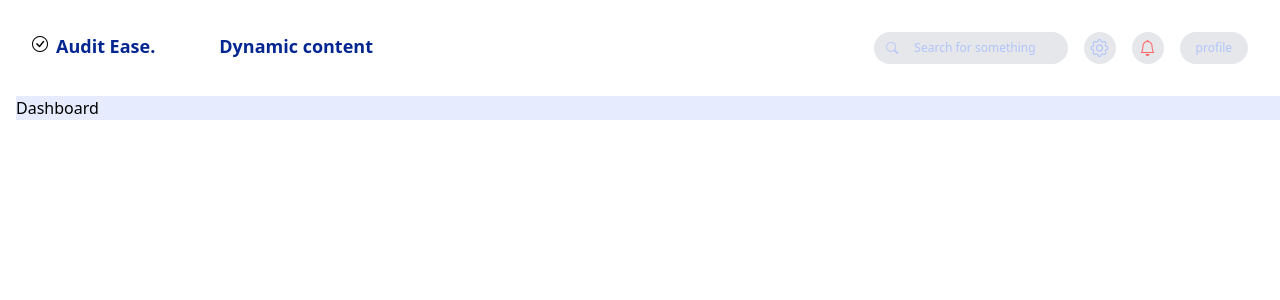
Repository: EclipticCode/Audit-Ease-FE
Page: /
An editor plug-in stored every save of this project. The page is shown before and after a run of saves, followed by the edit.
The browser window is 1280 px wide. The pictures show the whole page.
Some web libraries are served in a nearby version. The project was rebuilt for these pictures with package versions that can differ from the ones it lists, and the page was loaded fresh each time. Also part of the build but not shown: vite.config.js, Login.jsx, src/Navbar.jsx, src/Pages/Audits.jsx, src/Pages/Articles.jsx, src/Pages/Clients.jsx, src/Pages/Contacts.jsx.

Above is the page before, as saved 2025-03-27 23:00:56.

### index.html
<!doctype html>
<html lang="en">
  <head>
    <meta charset="UTF-8" />
    <link rel="icon" type="image/svg+xml" href="" />
    <meta name="viewport" content="width=device-width, initial-scale=1.0" />
    <title>Audit Ease</title>
     <!-- Bootstrap Icon link-->
     <link
     rel="stylesheet"
     href="https://cdn.jsdelivr.net/npm/bootstrap-icons@1.11.3/font/bootstrap-icons.min.css"
   />
    <!-- Font awesome CDN -->
    <link rel="stylesheet" href="https://cdnjs.cloudflare.com/ajax/libs/font-awesome/6.6.0/css/all.min.css">
  </head>
  <body>
    <div id="root"></div>
    <script type="module" src="/src/main.jsx"></script>
  </body>
</html>

### src/main.jsx
import React from "react";
import ReactDOM from "react-dom/client";
import App from "./App";
import "./index.css"; // Ensure Tailwind styles are imported
import { BrowserRouter } from "react-router-dom";

ReactDOM.createRoot(document.getElementById("root")).render(
  <React.StrictMode>
      <BrowserRouter>
        <App />
      </BrowserRouter>
  </React.StrictMode>
);

### src/App.jsx
import React from 'react'
import Login from '../Login'
import Navbar from './Navbar'
import NavandSideBar from './NavandSideBar'
import Dashboard from './Pages/Dashboard'
import Audits from './Pages/Audits'
import Articles from './Pages/Articles'
import Clients from './Pages/Clients'
import Contacts from './Pages/Contacts'
import { Route, Routes } from 'react-router-dom'

const App = () => {
  return (
   <div>
      <NavandSideBar/>
      <Routes>
        <Route path='/' element={<Dashboard/>}></Route>
        <Route path='/audits' element={<Audits/>}></Route>
        <Route path='/articles' element={<Articles/>}></Route>
        <Route path='/clients' element={<Clients/>}></Route>
        <Route path='/contacts' element={<Contacts/>}></Route>
      </Routes>
   </div>
  )
}

export default App

### src/index.css
@import url('https://fonts.googleapis.com/css2?family=Roboto:ital,wght@0,100..900;1,100..900&display=swap');

@import "tailwindcss";

@theme {
  --font-roboto: "Roboto", sans-serif;
  --font-weight-light: 300;
  --font-weight-normal: 400;
  --font-weight-medium: 500;
  --font-weight-semibold: 600;
  --font-weight-bold: 700;
  --color-soft-primary: #B2C4FB;
  --color-light-primary: #053ADA;
  --color-dark-primary: #032691;
  --color-deep-primary: #021655;
  --color-bg-primary: #E6ECFE;
  --color-soft-secondary: #FFFFFF;
  --color-light-secondary: #B1B1B1;
  --color-dark-secondary: #263238;
  --color-deep-secondary: #000000;
}

### src/NavandSideBar.jsx
import React from 'react'
import { Link } from 'react-router-dom'

const NavandSideBar = () => {
  return (
    <div className='m-8'>
        <div className='flex flex-row justify-between'>
            <div className='flex'>
            <span><i className="bi bi-check-circle pr-2"></i></span>
            <div className='font-bold text-lg text-dark-primary'>Audit Ease.</div>
            <div className='ml-16 font-bold text-lg text-dark-primary'>Dynamic content</div>
            </div>
            <div className='flex space-x-4'>
            <div className="bg-gray-200 flex items-center justify-center rounded-full text-xs pl-3 pr-8 py-4 w-auto h-4 text-soft-primary">
              <span><i className="bi bi-search pr-4"></i></span> <span>Search for something</span>
            </div>
            <div className="bg-gray-200 flex items-center justify-center rounded-full text-lg p-4 w-8 h-4  text-soft-primary"><i className="bi bi-gear"></i></div>
            <div className="bg-gray-200 flex items-center justify-center rounded-full text-md p-4 w-8 h-4 text-red-400"><i className="bi bi-bell"></i></div>
            <div className="bg-gray-200 flex items-center justify-center rounded-full text-xs p-4 w-auto h-4 text-soft-primary">profile</div>
            </div>
        </div>
    </div>
  )
}

export default NavandSideBar

### src/Pages/Dashboard.jsx
import React from 'react'
import { Link } from 'react-router-dom'

const Dashboard = () => {
  return (
    //  <div className='grid grid-cols-12 gap-4 m-8'>
    //     <div>
    //       <div className='flex flex-col col-start-1 col-end-3 text-light-secondary mt-6'>
    //           <div className='mb-6'>
    //           <button>
    //           <span><i className="fa-solid fa-house mr-4 text-lg"></i></span><span className='font-semibold text-sm'>
    //               <Link to={`/`}>Dashboard</Link>
    //               </span></button>
    //           </div>
    //           <div className='mb-6'><span><i className="fa-solid fa-calculator mr-6 text-lg"></i></span><span className='font-semibold text-sm'><Link to={`/audits`}>Audits</Link></span></div>
    //           <div className='mb-6'><span><i className="fa-solid fa-user mr-5.5 text-lg"></i></span><span className='font-semibold text-sm'><Link to={`/clients`}>Clients</Link></span></div>
    //           <div className='mb-6'><span><i className="fa-solid fa-users mr-4.5 text-lg"></i></span><span className='font-semibold text-sm'><Link to={`/articles`}>Articles</Link></span></div>
    //           <div className='mb-6'><span><i className="fa-solid fa-address-book mr-5.5 text-lg"></i></span><span className='font-semibold text-sm'><Link to={`/contacts`}>Contacts</Link></span></div>
    //           <div className='mb-6'><span><i className="fa-solid fa-gear mr-6 text-lg"></i></span><span className='font-semibold text-sm'>Settings</span></div>
    //           <div className='mb-6'><span><i className="bi bi-box-arrow-right mr-6 text-lg"></i></span><span className='font-semibold text-sm'>Logout</span></div>
    //       </div>
    //       </div>
        <div className='col-span-11 col-end-13 ml-4 bg-bg-primary'>Dashboard</div>
      // </div>
  )
}

export default Dashboard

After the next 2 saves:
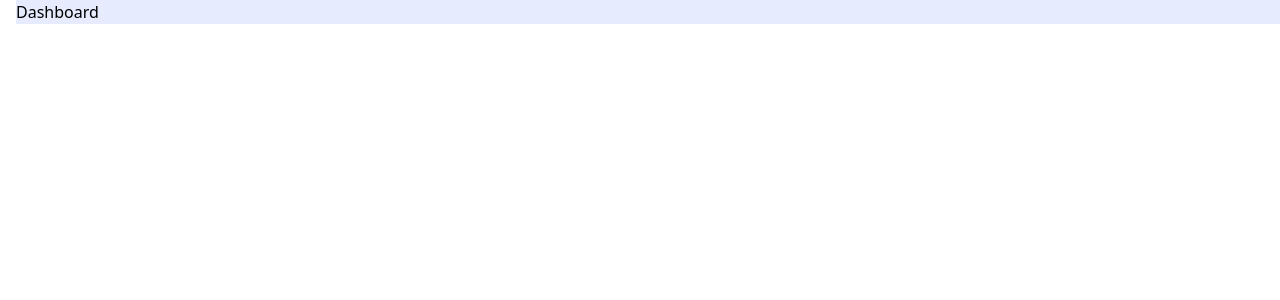
The 2 saves are shown as one change because they came seconds apart.
The last was saved 72 s later.
--- a/src/App.jsx
+++ b/src/App.jsx
@@ -12,7 +12,8 @@ import { Route, Routes } from 'react-router-dom'
 const App = () => {
   return (
    <div>
-      <NavandSideBar/>
+      {/* <NavandSideBar/> */}
+
       <Routes>
         <Route path='/' element={<Dashboard/>}></Route>
         <Route path='/audits' element={<Audits/>}></Route>
